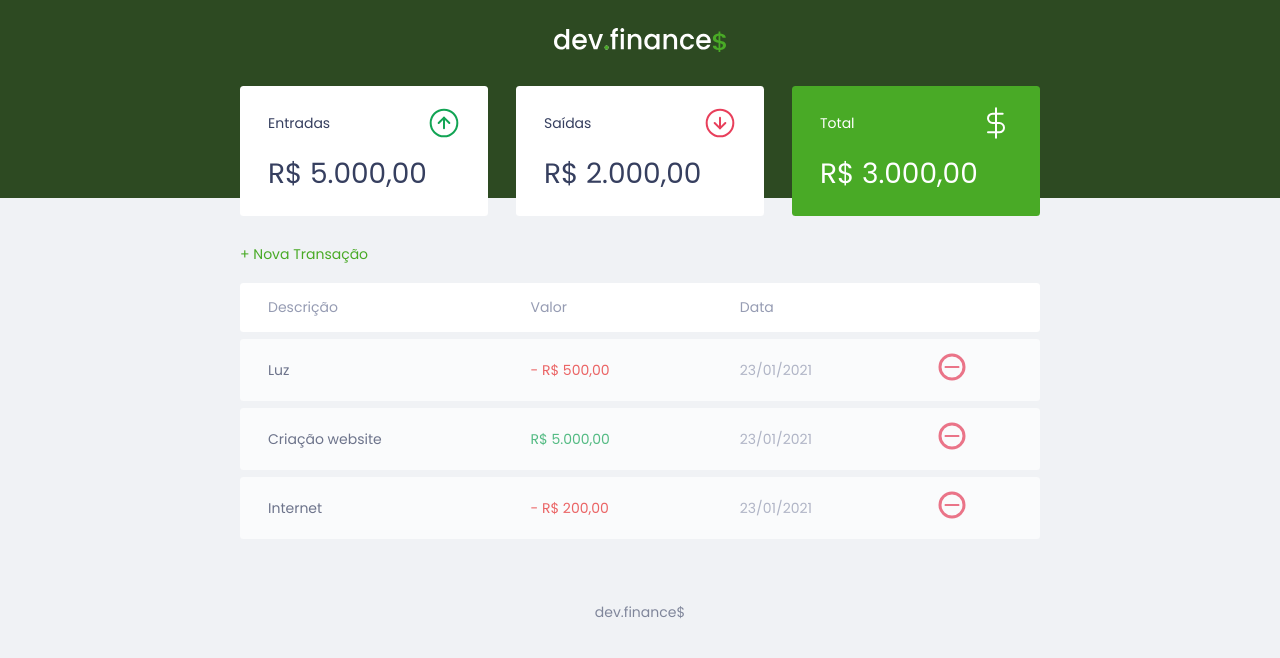
Repository: rafaelmgr12/maratona-dev01
Page: index.html
The author's editor kept a copy of each file at every save. The page is drawn from the files as they stood at one save, then again after the next save.
The browser window is 1280 px wide. The pictures show the whole page.

Above is the page before, as saved 2021-05-01 10:32:24.

### index.html
<!DOCTYPE html>
<html lang="pt-br">
  <head>
    <meta charset="UTF-8" />
    <meta name="viewport" content="width=device-width, initial-scale=1.0" />
    <title>Rafael.appdev.finance$</title>

    <link rel="stylesheet" href="./style.css" />
    <link rel="preconnect" href="https://fonts.gstatic.com" />
    <link
      href="https://fonts.googleapis.com/css2?family=Poppins:ital,wght@0,100;0,400;0,700;1,100;1,400;1,700&display=swap"
      rel="stylesheet"
    />
  </head>
  <body>
    <header>
      <img src="./assets/logo.svg" alt="Logo Dev Finance" />
    </header>

    <main class="container">
      <section id="balance">
        <h2 class="sr-only">Balanço</h2>

        <div class="card">
          <h3>
            <span> Entradas </span>
            <img src="./assets/income.svg" alt="Image de entradas" />
          </h3>
          <p>R$ 5.000,00</p>
        </div>

        <div class="card">
          <h3>
            <span> Saídas </span>
            <img src="./assets/expense.svg" alt="Image de saídas" />
          </h3>
          <p>R$ 2.000,00</p>
        </div>

        <div class="card total">
          <h3>
            <span> Total </span>
            <img src="./assets/total.svg" alt="Image de total" />
          </h3>
          <p>R$ 3.000,00</p>
        </div>
      </section>

      <section id="transaction">
        <h2 class="sr-only">Transações</h2>

        <a href="#" onclick="Modal.open()" class="button new"
          >+ Nova Transação</a
        >

        <table id="data-table">
          <thead>
            <tr>
              <th>Descrição</th>
              <th>Valor</th>
              <th>Data</th>
              <th></th>
            </tr>
          </thead>
          <tbody>
            <tr>
              <td class="description">Luz</td>
              <td class="expense">- R$ 500,00</td>
              <td class="date">23/01/2021</td>
              <td>
                <img src="./assets/minus.svg" alt="Remover transação" />
              </td>
            </tr>
            <tr>
              <td class="description">Criação website</td>
              <td class="income">R$ 5.000,00</td>
              <td class="date">23/01/2021</td>
              <td>
                <img src="./assets/minus.svg" alt="Remover transação" />
              </td>
            </tr>
            <tr>
              <td class="description">Internet</td>
              <td class="expense">- R$ 200,00</td>
              <td class="date">23/01/2021</td>
              <td>
                <img src="./assets/minus.svg" alt="Remover transação" />
              </td>
            </tr>
          </tbody>
        </table>
      </section>
    </main>

    <div class="modal-overlay">
      <div class="modal">
        <div id="form">
          <h2>Nova Transação</h2>
          <form action="">
            <div class="input-group">
              <label class="sr-only" for="description">Descrição</label>
              <input
                type="text"
                id="description"
                name="description"
                placeholder="Descrição"
              />
            </div>

            <div class="input-group">
              <label class="sr-only" for="amount">Valor</label>
              <input
                type="number"
                step="0.01"
                id="amount"
                name="amount"
                placeholder="0,00"
              />
              <small class="help"
                >Use o sinal - (negativo) para despesas e , (vírgula) para casas
                decimais</small
              >
            </div>

            <div class="input-group">
              <label class="sr-only" for="date">Data</label>
              <input type="date" id="date" name="date" />
            </div>

            <div class="input-group actions">
              <a onclick="Modal.close()" href="#" class="button cancel"
                >Cancelar</a
              >
              <button>Salvar</button>
            </div>
          </form>
        </div>
      </div>
    </div>

    <footer><p>dev.finance$</p></footer>

    <script src = "./scripts.js"></script>
  </body>
</html>

### style.css
/* Global ===================== */
:root {
  --dark-blue: #363f5f;
  --green: #49aa26;
  --light-green: #3dd705;
  --red: #e92929;
}

* {
  margin: 0;
  padding: 0;
  box-sizing: border-box;
}

html {
  font-size: 93.75%; /* 15px */
}

body {
  background: #f0f2f5;
  font-family: "Poppins", sans-serif;
}

.sr-only {
  position: absolute;
  width: 1px;
  height: 1px;
  padding: 0;
  margin: -1px;
  overflow: hidden;
  clip: rect(0, 0, 0, 0);
  white-space: nowrap;
  border-width: 0;
}

.container {
  width: min(90vw, 800px);
  margin: auto;
}

/* Titles ===================== */
h2 {
  margin-top: 3.2rem;
  margin-bottom: 0.8rem;
  color: var(--dark-blue);

  font-weight: normal;
}

/* Links & Buttons ===================== */
a {
  color: var(--green);
  text-decoration: none;
}

a:hover {
  color: var(--light-green);
}

button {
  width: 100%;
  height: 50px;

  border: none;

  color: white;
  background: var(--green);

  padding: 0;

  border-radius: 0.25rem;

  cursor: pointer;
}

button:hover {
  background: var(--light-green);
}

.button.new {
  display: inline-block;
  margin-bottom: 0.8rem;
}

.button.cancel {
  color: var(--red);
  border: 2px var(--red) solid;
  border-radius: 0.25rem;

  height: 50px;

  display: flex;
  align-items: center;
  justify-content: center;

  opacity: 0.6;
}

.button.cancel:hover {
  opacity: 1;
}

/* Header ===================== */
header {
  background: #2d4a22;
  padding: 2rem 0 10rem;
  text-align: center;
}

#logo {
  color: #fff;
  font-weight: 100;
}

/* Balance ===================== */
#balance {
  margin-top: -8rem;
}

#balance h2 {
  color: white;
  margin-top: 0;
}

/* Cards ===================== */
.card {
  background: white;
  padding: 1.5rem 2rem;
  border-radius: 0.25rem;

  margin-bottom: 2rem;

  color: var(--dark-blue);
}

.card h3 {
  font-weight: normal;
  font-size: 1rem;

  display: flex;
  align-items: center;
  justify-content: space-between;
}

.card p {
  font-size: 2rem;
  line-height: 3rem;

  margin-top: 1rem;
}

.card.total {
  background: var(--green);
  color: white;
}

/* Table ===================== */
#transaction {
  display: block;
  width: 100%;
  overflow-x: auto;
}
#data-table {
  width: 100%;
  border-spacing: 0 0.5rem;
  color: #969cb3;
}

table thead tr th:first-child,
table tbody tr td:first-child {
  border-radius: 0.25rem 0 0 0.25rem;
}

table thead tr th:last-child,
table tbody tr td:last-child {
  border-radius: 0 0.25rem 0.25rem 0;
}

table thead th {
  background: white;

  font-weight: normal;
  padding: 1rem 2rem;

  text-align: left;
}

table tbody tr {
  opacity: 0.7;
}

table tbody tr:hover {
  opacity: 1;
}

table tbody td {
  background: white;
  padding: 1rem 2rem;
}

td.description {
  color: var(--dark-blue);
}

td.income {
  color: #12a454;
}

td.expense {
  color: #e92929;
}

/* Modal ===================== */
.modal-overlay {
  width: 100%;
  height: 100%;

  background-color: rgba(0, 0, 0, 0.7);

  position: fixed;
  top: 0;

  display: flex;
  align-items: center;
  justify-content: center;

  opacity: 0;
  visibility: hidden;

  z-index: 999;
}

.modal-overlay.active {
  opacity: 1;
  visibility: visible;
}

.modal {
  background: #f0f2f5;
  padding: 2.4rem;

  position: relative;
  z-index: 1;
}

/* Form ===================== */
#form {
  max-width: 500px;
}

#form h2 {
  margin-top: 0;
}

input {
  border: none;
  border-radius: 0.2rem;

  padding: 0.8rem;

  width: 100%;
}

.input-group {
  margin-top: 0.8rem;
}

.input-group small {
  opacity: 0.4;
}

.input-group.actions {
  display: flex;
  justify-content: space-between;
  align-items: center;
}

.input-group.actions .button,
.input-group.actions button {
  width: 48%;
}

/* Footer ===================== */
footer {
  text-align: center;
  padding: 4rem 0 2rem;
  color: var(--dark-blue);

  opacity: 0.6;
}

/* Responsive ===================== */
@media (min-width: 800px) {
  html {
    font-size: 87.5%;
  }

  #balance {
    display: grid;
    grid-template-columns: repeat(3, 1fr);
    gap: 2rem;
  }
}

### scripts.js
const Modal = {
  open() {
    // Abrir modal
    // Adicionar a class active ao modal
    document.querySelector(".modal-overlay").classList.add("active");
  },
  close() {
    // fechar o modal
    // remover a class active do modal
    document.querySelector(".modal-overlay").classList.remove("active");
  },
};

const transactions = [
  {
    id: 1,
    description: "Luz",
    amount: -50000,
    date: "23/01/2021",
  },
  { id: 2, description: "Website", amount: 500000, date: "23/01/2021" },
  { id: 3, description: "Internet", amount: -20000, date: "23/01/2021" },
];

const Transaction = {
  income() {
    // somar as entradas
  },
  expenses() {
    // somar saídas/gastos
  },
  total() {
    // entradas - saídas
  },
};

const DOM = {

  transactionContainer: document.querySelector("#data-table tbody"),


  addTransaction(transaction,index){
    const tr = document.createElement('tr')
    tr.innerHTML = DOM.innerHTMLTransaction(transaction)
  },

  innerHTMLTransaction(transaction){

    const html = `
      <td class="description">${transaction.description}</td>
      <td class="expense">${transaction.amount}</td>
      <td class="date">${transaction.date}</td>
      <td>
          <img src="./assets/minus.svg" alt="Remover transação" />
      </td>
    `
    return html
  },
};

DOM.addTransaction(transactions[1])

After the next save:
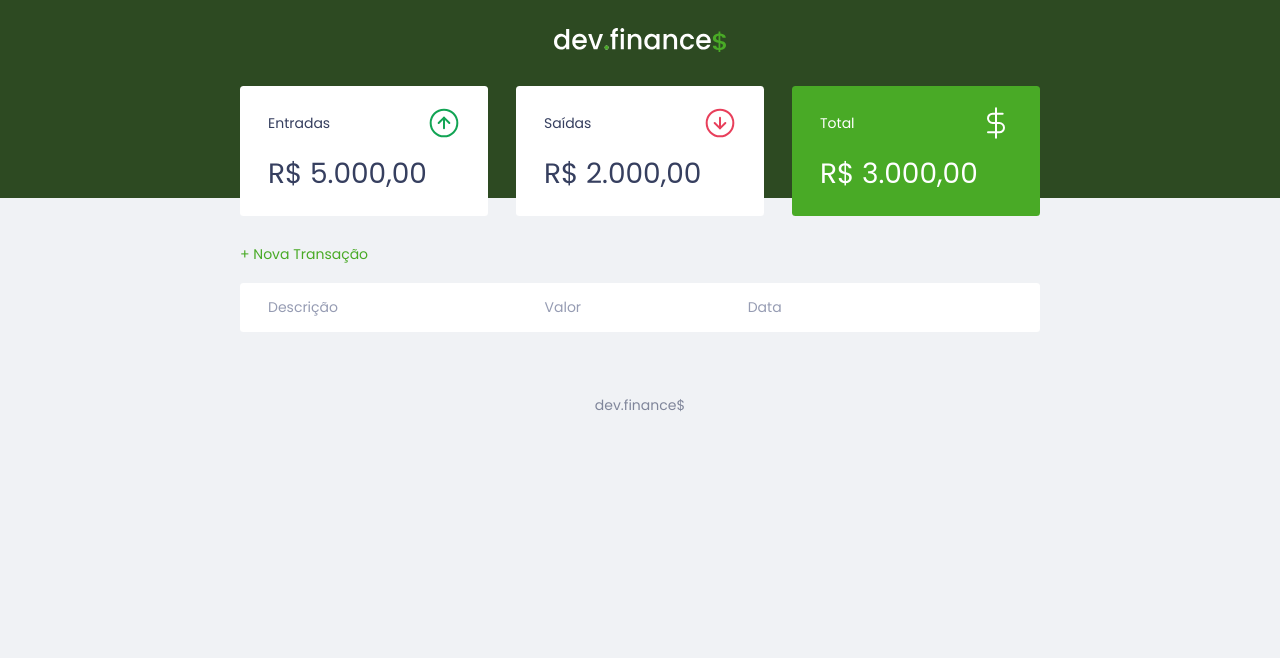
Saved 45 s later.
--- a/index.html
+++ b/index.html
@@ -63,30 +63,7 @@
             </tr>
           </thead>
           <tbody>
-            <tr>
-              <td class="description">Luz</td>
-              <td class="expense">- R$ 500,00</td>
-              <td class="date">23/01/2021</td>
-              <td>
-                <img src="./assets/minus.svg" alt="Remover transação" />
-              </td>
-            </tr>
-            <tr>
-              <td class="description">Criação website</td>
-              <td class="income">R$ 5.000,00</td>
-              <td class="date">23/01/2021</td>
-              <td>
-                <img src="./assets/minus.svg" alt="Remover transação" />
-              </td>
-            </tr>
-            <tr>
-              <td class="description">Internet</td>
-              <td class="expense">- R$ 200,00</td>
-              <td class="date">23/01/2021</td>
-              <td>
-                <img src="./assets/minus.svg" alt="Remover transação" />
-              </td>
-            </tr>
+
           </tbody>
         </table>
       </section>
